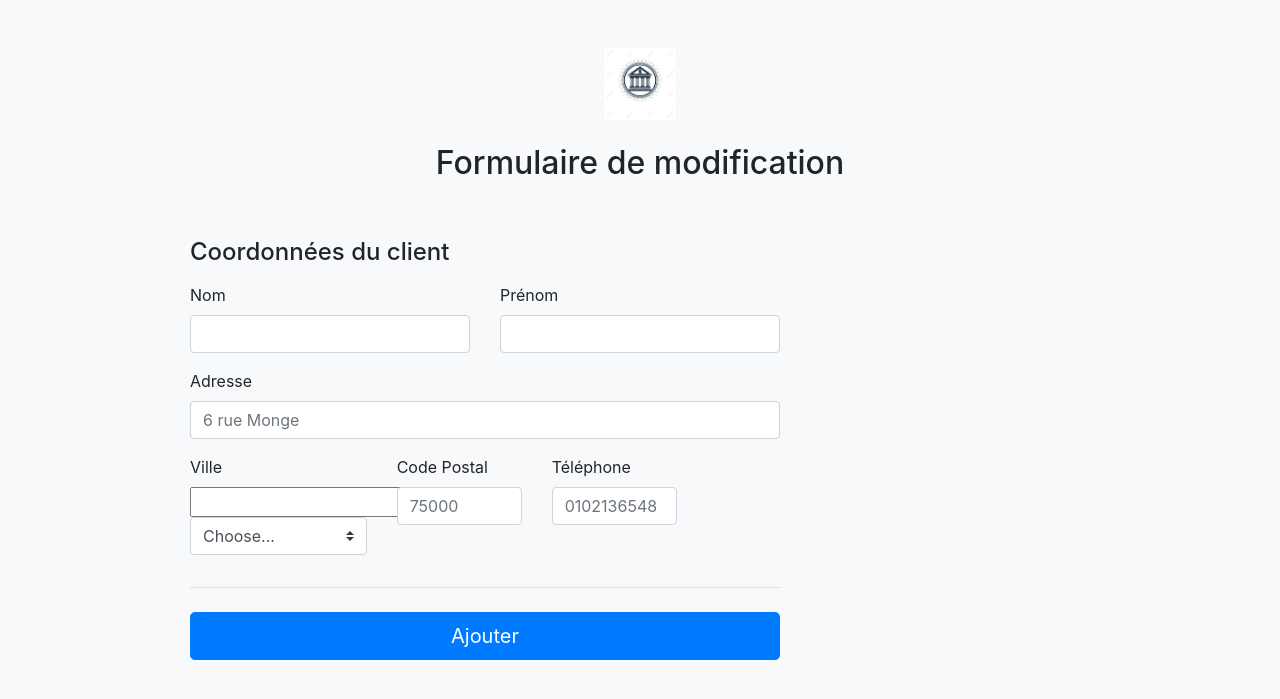
Repository: liiiseee/Projet
Page: http://localhost/02_projet_gestion_clients_compte/WEB-INF/ajout-client.jsp
The author's editor kept a copy of each file at every save. The page is drawn from the files as they stood at one save, then again after the next save.
The browser window is 1280 px wide. The pictures show the whole page.
The page is served by Tomcat 9. Nobody is signed in. The template is opened directly, without the code that normally fills it, so the values that code supplies are empty.

Above is the page before, as saved 2020-03-29 10:37:37.

After the next save:
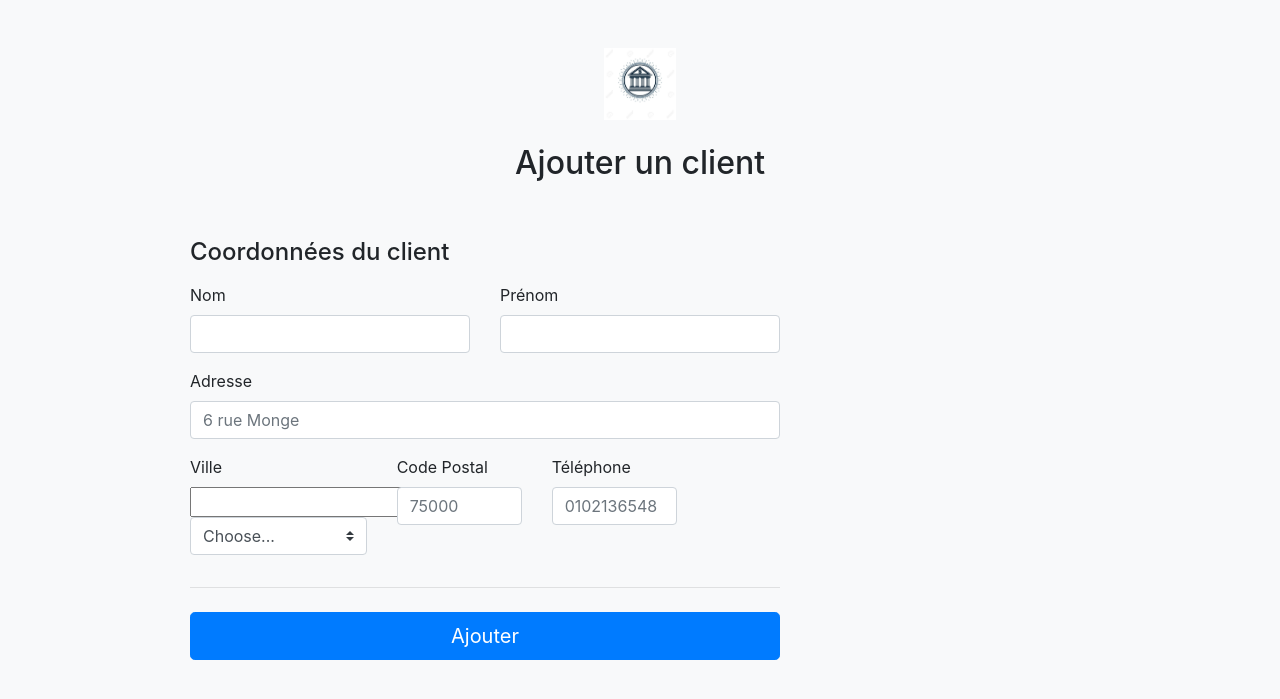
Saved 2 min 52 s later.
--- a/02_projet_gestion_clients_compte/WebContent/WEB-INF/ajout-client.jsp
+++ b/02_projet_gestion_clients_compte/WebContent/WEB-INF/ajout-client.jsp
@@ -7,7 +7,7 @@
 <html>
 <head>
 <meta charset="utf-8">
-<title>modification client</title>
+<title>ajout client</title>
 <!-- Bootstrap core CSS -->
 <link href="assets/styles/bootstrap.min.css" rel="stylesheet">
 
@@ -37,7 +37,7 @@
 <div class="container">
 <div class="py-5 text-center">
     <img class="d-block mx-auto mb-4" src="assets/images/banque.jpg" alt="" width="72" height="72">
-    <h2>Formulaire de modification</h2>
+    <h2>Ajouter un client</h2>
 
   </div>
 
